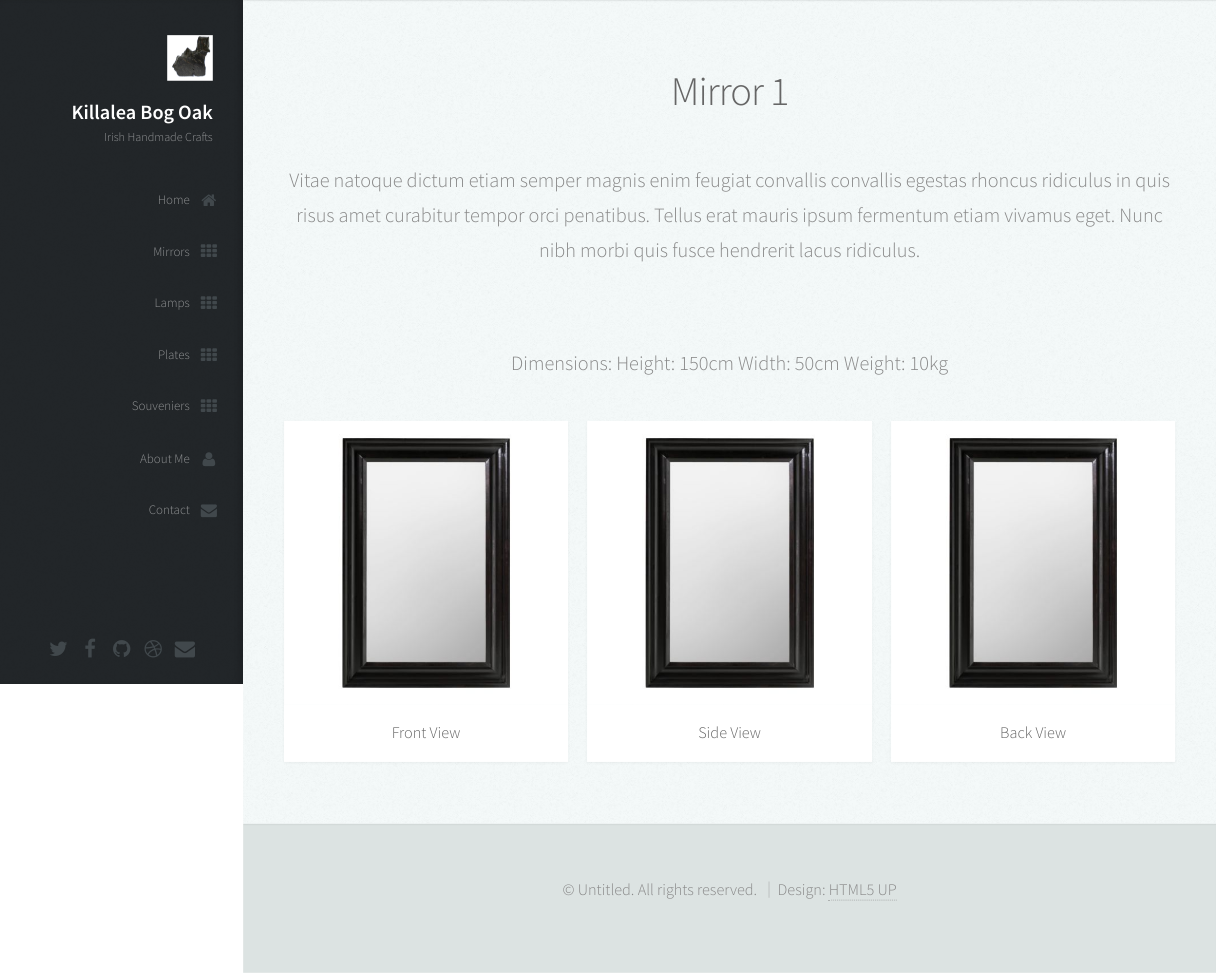
Repository: patrickkillalea/bogoak
Page: workspace/mirrors1.html
The author's editor kept a record of every edit. The page is drawn from the files as they stood at one moment, then again after the next edit.
The browser window is 1280 px wide. The pictures show the whole page, at 95% of full size.

Above is the page before.
Console error: TypeError: Cannot read properties of undefined (reading 'link')

### workspace/mirrors1.html
<!DOCTYPE HTML>
<!--
	Prologue by HTML5 UP
	html5up.net | @n33co
	Free for personal and commercial use under the CCA 3.0 license (html5up.net/license)
-->
<html>

<head>
	<title>Prologue by HTML5 UP</title>
	<meta http-equiv="content-type" content="text/html; charset=utf-8" />
	<meta name="description" content="" />
	<meta name="keywords" content="" />
	<!--[if lte IE 8]><script src="css/ie/html5shiv.js"></script><![endif]-->
	<script src="js/jquery.min.js"></script>
	<script src="js/jquery.scrolly.min.js"></script>
	<script src="js/jquery.scrollzer.min.js"></script>
	<script src="js/skel.min.js"></script>
	<script src="js/skel-layers.min.js"></script>
	<script src="js/init.js"></script>
	<noscript>
		<link rel="stylesheet" href="css/skel.css" />
		<link rel="stylesheet" href="css/style.css" />
		<link rel="stylesheet" href="css/style-wide.css" />
	</noscript>
	<!--[if lte IE 9]><link rel="stylesheet" href="css/ie/v9.css" /><![endif]-->
	<!--[if lte IE 8]><link rel="stylesheet" href="css/ie/v8.css" /><![endif]-->
</head>

<body>

	<!-- Header -->
	<div id="header" class="skel-layers-fixed">

		<div class="top">

			<!-- Logo -->
			<div id="logo">
				<span class="image avatar48"><img src="images/bogoakicon.jpg" alt="" /></span>
				<h1 id="title">Killalea Bog Oak</h1>
				<p>Irish Handmade Crafts</p>
			</div>

			<!-- Nav -->
			<nav id="nav">
				<!--

								Prologue's nav expects links in one of two formats:

								1. Hash link (scrolls to a different section within the page)

								   <li><a href="#foobar" id="foobar-link" class="icon fa-whatever-icon-you-want skel-layers-ignoreHref"><span class="label">Foobar</span></a></li>

								2. Standard link (sends the user to another page/site)

								   <li><a href="http://foobar.tld" id="foobar-link" class="icon fa-whatever-icon-you-want"><span class="label">Foobar</span></a></li>

							-->
				<ul>
					<li><a href="index.html" id="top-link" class="skel-layers-ignoreHref"><span class="icon fa-home">Home</span></a>
					</li>
					<li><a href="index.html" id="mirrors-link" class="skel-layers-ignoreHref"><span class="icon fa-th">Mirrors</span></a>
					</li>
					<li><a href="index.html" id="lamps-link" class="skel-layers-ignoreHref"><span class="icon fa-th">Lamps</span></a>
					</li>
					<li><a href="index.html" id="plates-link" class="skel-layers-ignoreHref"><span class="icon fa-th">Plates</span></a>
					</li>
					<li><a href="index.html" id="souveniers-link" class="skel-layers-ignoreHref"><span class="icon fa-th">Souveniers</span></a>
					</li>
					<li><a href="index.html" id="about-link" class="skel-layers-ignoreHref"><span class="icon fa-user">About Me</span></a>
					</li>
					<li><a href="#contact" id="contact-link" class="skel-layers-ignoreHref"><span class="icon fa-envelope">Contact</span></a>
					</li>
				</ul>
			</nav>

		</div>

		<div class="bottom">

			<!-- Social Icons -->
			<ul class="icons">
				<li><a href="#" class="icon fa-twitter"><span class="label">Twitter</span></a>
				</li>
				<li><a href="#" class="icon fa-facebook"><span class="label">Facebook</span></a>
				</li>
				<li><a href="#" class="icon fa-github"><span class="label">Github</span></a>
				</li>
				<li><a href="#" class="icon fa-dribbble"><span class="label">Dribbble</span></a>
				</li>
				<li><a href="#" class="icon fa-envelope"><span class="label">Email</span></a>
				</li>
			</ul>

		</div>

	</div>

	<!-- Main -->
	<div id="main">


		<!-- Portfolio -->
		<section id="portfolio" class="two">
			<div class="container">

				<header>
					<h2>Mirror 1</h2>
				</header>

				<p>Vitae natoque dictum etiam semper magnis enim feugiat convallis convallis egestas rhoncus ridiculus in quis risus amet curabitur tempor orci penatibus. Tellus erat mauris ipsum fermentum etiam vivamus eget. Nunc nibh morbi quis fusce hendrerit lacus
					ridiculus.</p></br>
					<p>Dimensions: Height: 150cm Width: 50cm Weight: 10kg</p>

				<div class="row">
					<div class="4u">
						<article class="item">
							<a href="#" class="image fit">
								<img src="images_mirror/1.jpg" alt="" />
							</a>
							<header>
								<h3>Front View</h3>
							</header>
						</article>
					</div>
					<div class="4u">
						<article class="item">
							<a href="#" class="image fit">
								<img src="images_mirror/1.jpg" alt="" />
							</a>
							<header>
								<h3>Side View</h3>
							</header>
						</article>
					</div>
					<div class="4u">
						<article class="item">
							<a href="#" class="image fit">
								<img src="images_mirror/1.jpg" alt="" />
							</a>
							<header>
								<h3>Back View</h3>
							</header>
						</article>
					</div>
				</div>

			</div>
		</section>



	</div>

	<!-- Footer -->
	<div id="footer">

		<!-- Copyright -->
		<ul class="copyright">
			<li>&copy; Untitled. All rights reserved.</li>
			<li>Design: <a href="http://html5up.net">HTML5 UP</a>
			</li>
		</ul>

	</div>

</body>

</html>

### workspace/css/style.css
@charset 'UTF-8';
@import url("font-awesome.min.css");
@import url("http://fonts.googleapis.com/css?family=Source+Sans+Pro:300,300italic,400,600");

/*
	Prologue by HTML5 UP
	html5up.net | @n33co
	Free for personal and commercial use under the CCA 3.0 license (html5up.net/license)
*/

/*********************************************************************************/
/* Basic                                                                         */
/*********************************************************************************/

	body
	{
		background: #fff;
	}

		body.is-loading *
		{
			-moz-transition: none !important;
			-webkit-transition: none !important;
			-o-transition: none !important;
			-ms-transition: none !important;
			transition: none !important;
			-moz-animation: none !important;
			-webkit-animation: none !important;
			-o-animation: none !important;
			-ms-animation: none !important;
			animation: none !important;
		}

	body,input,textarea,select
	{
		font-family: 'Source Sans Pro', sans-serif;
		font-size: 19pt;
		font-weight: 300;
		line-height: 1.75em;
		color: #888;
	}

	h1,h2,h3,h4,h5,h6
	{
		font-weight: 300;
		color: #666;
		line-height: 1.5em;
	}

		h1 a, h2 a, h3 a, h4 a, h5 a, h6 a
		{
			color: inherit;
			text-decoration: none;
		}

		h1 strong, h2 strong, h3 strong, h4 strong, h5 strong, h6 strong
		{
			color: #333;
		}

		h2
		{
			font-size: 2em;
			letter-spacing: -1px;
		}

			h2.alt
			{
				color: #888;
			}

			h2.alt strong
			{
				color: #666;
			}

		h3
		{
			font-size: 1.5em;
		}

	header
	{
		margin: 0 0 2em 0;
	}

		header > p
		{
			margin: 1em 0 0 0;
		}

	footer
	{
		margin: 2em 0 0 0;
	}

	strong, b
	{
		font-weight: 300;
		color: #666;
	}

	em, i
	{
		font-style: italic;
	}

	a
	{
		text-decoration: none;
		color: inherit;
		border-bottom: dotted 1px rgba(128,128,128,0.5);
		-moz-transition: color 0.35s ease-in-out, border-bottom-color 0.35s ease-in-out;
		-webkit-transition: color 0.35s ease-in-out, border-bottom-color 0.35s ease-in-out;
		-o-transition: color 0.35s ease-in-out, border-bottom-color 0.35s ease-in-out;
		-ms-transition: color 0.35s ease-in-out, border-bottom-color 0.35s ease-in-out;
		transition: color 0.35s ease-in-out, border-bottom-color 0.35s ease-in-out;
		outline: 0;
	}

		a:hover
		{
			color: #E27689;
			border-bottom-color: rgba(255,255,255,0);
		}

	sub
	{
		position: relative;
		top: 0.5em;
		font-size: 0.8em;
	}

	sup
	{
		position: relative;
		top: -0.5em;
		font-size: 0.8em;
	}

	hr
	{
		border: 0;
		border-top: solid 1px #ddd;
	}

	blockquote
	{
		border-left: solid 0.5em #ddd;
		padding: 1em 0 1em 2em;
		font-style: italic;
	}

	p, ul, ol, dl, table
	{
		margin-bottom: 2em;
	}

	br.clear
	{
		clear: both;
	}

	/* Sections/Article */

		section,
		article
		{
			margin-bottom: 3em;
		}

			section > :last-child,
			article > :last-child,
			section > .container > :last-child,
			article > .container > :last-child
			{
				margin-bottom: 0;
			}

			section:last-child,
			article:last-child
			{
				margin-bottom: 0;
			}

			.row > section,
			.row > article
			{
				margin-bottom: 0;
			}

	/* Image */

		.image
		{
			display: inline-block;
			border: 0;
		}

			.image img
			{
				display: block;
				width: 100%;
			}

			.image.avatar48
			{
				width: 48px;
				height: 48px;
				background: #f00;
			}

				.image.avatar48 img
				{
					width: 48px;
					height: 48px;
				}

			.image.fit
			{
				display: block;
				width: 100%;
			}

			.image.featured
			{
				display: block;
				width: 100%;
				margin: 0 0 2em 0;
			}

			.image.left
			{
				float: left;
				margin: 0 2em 2em 0;
			}

			.image.centered
			{
				display: block;
				margin: 0 0 2em 0;
			}

				.image.centered img
				{
					margin: 0 auto;
					width: auto;
				}

	/* List */

		ul
		{
		}

			ul.default
			{
				list-style: disc;
				padding-left: 1em;
			}

				ul.default li
				{
					padding-left: 0.5em;
				}

			ul.icons
			{
				cursor: default;
			}

				ul.icons li
				{
					display: inline-block;
				}

					ul.icons a
					{
						display: inline-block;
						width: 2em;
						height: 2em;
						line-height: 2em;
						text-align: center;
						border: 0;
					}

		ol
		{
		}

			ol.default
			{
				list-style: decimal;
				padding-left: 1.25em;
			}

				ol.default li
				{
					padding-left: 0.25em;
				}

	/* Form */

		form
		{
		}

			form label
			{
				display: block;
				text-align: left;
				margin-bottom: 0.5em;
			}

			form input[type="text"],
			form input[type="email"],
			form input[type="password"],
			form select,
			form textarea
			{
				position: relative;
				-webkit-appearance: none;
				display: block;
				border: 0;
				outline: 0;
				background: #fff;
				background: rgba(255,255,255,0.75);
				width: 100%;
				border-radius: 0.35em;
				padding: 0.75em 1em 0.75em 1em;
				box-shadow: inset 0 0.1em 0.1em 0 rgba(0,0,0,0.05);
				border: solid 1px rgba(0,0,0,0.15);
				-moz-transition: all 0.35s ease-in-out;
				-webkit-transition: all 0.35s ease-in-out;
				-o-transition: all 0.35s ease-in-out;
				-ms-transition: all 0.35s ease-in-out;
				transition: all 0.35s ease-in-out;
			}

				form input[type="text"],
				form input[type="email"],
				form input[type="password"],
				form select
				{
					line-height: 1.25em;
				}

				form input[type="text"]:focus,
				form input[type="email"]:focus,
				form input[type="password"]:focus,
				form select:focus,
				form textarea:focus
				{
					box-shadow: 0 0 2px 1px #8ebebc;
					background: #fff;
				}

				form textarea
				{
					min-height: 14em;
				}

				form .formerize-placeholder
				{
					color: #555 !important;
				}

				form ::-webkit-input-placeholder
				{
					color: #555 !important;
				}

				form :-moz-placeholder
				{
					color: #555 !important;
				}

				form ::-moz-placeholder
				{
					color: #555 !important;
				}

				form :-ms-input-placeholder
				{
					color: #555 !important;
				}

				form ::-moz-focus-inner
				{
					border: 0;
				}

	/* Table */

		table
		{
			width: 100%;
		}

			table.default
			{
				width: 100%;
				text-align: left;
			}

				table.default tbody tr:nth-child(2n+2)
				{
					background: #f4f4f4;
				}

				table.default td
				{
					padding: 0.5em 1em 0.5em 1em;
				}

				table.default th
				{
					text-align: left;
					padding: 0.5em 1em 0.5em 1em;
					color: #fff;
					background: #222729 url('images/overlay.png');
				}

				table.default thead
				{
					background: #444;
					color: #fff;
				}

				table.default tfoot
				{
					background: #eee;
				}

				table.default tbody
				{
				}

	/* Button */

		input[type="button"],
		input[type="submit"],
		input[type="reset"],
		.button
		{
			position: relative;
			display: inline-block;
			border-radius: 0.35em;
			color: #fff !important;
			text-decoration: none;
			padding: 0.75em 2.5em 0.75em 2.5em;
			background-color: #8ebebc;
			border: 0;
			cursor: pointer;
			background-image: -moz-linear-gradient(top, rgba(0,0,0,0), rgba(0,0,0,0.15)), url('images/overlay.png');
			background-image: -webkit-linear-gradient(top, rgba(0,0,0,0), rgba(0,0,0,0.15)), url('images/overlay.png');
			background-image: -o-linear-gradient(top, rgba(0,0,0,0), rgba(0,0,0,0.15)), url('images/overlay.png');
			background-image: -ms-linear-gradient(top, rgba(0,0,0,0), rgba(0,0,0,0.15)), url('images/overlay.png');
			background-image: linear-gradient(top, rgba(0,0,0,0), rgba(0,0,0,0.15)), url('images/overlay.png');
			-moz-transition: background-color 0.35s ease-in-out;
			-webkit-transition: background-color 0.35s ease-in-out;
			-o-transition: background-color 0.35s ease-in-out;
			-ms-transition: background-color 0.35s ease-in-out;
			transition: background-color 0.35s ease-in-out;
		}

			input[type="button"]:hover,
			input[type="submit"]:hover,
			input[type="reset"]:hover,
			.button:hover
			{
				background-color: #9ececc;
			}

			input[type="button"]:active,
			input[type="submit"]:active,
			input[type="reset"]:active,
			.button:active
			{
				background-color: #7eaeac;
			}

	/* Item */

		.item
		{
			box-shadow: 0 0.05em 0.15em 0 rgba(0,0,0,0.05);
			margin-bottom: 40px;
		}

			.item header
			{
				background: #fff;
				margin: 0;
				padding: 1em 0 1em 0;
				font-size: 0.8em;
			}

				.item header h3
				{
					font-size: 1em;
				}

/*********************************************************************************/
/* Icons                                                                         */
/*********************************************************************************/

	.icon {
		text-decoration: none;
	}

		.icon:before {
			display: inline-block;
			font-family: FontAwesome;
			font-size: 1.25em;
			text-decoration: none;
			font-style: normal;
			font-weight: normal;
			line-height: 1;
			-webkit-font-smoothing:antialiased;
			-moz-osx-font-smoothing:grayscale;
		}

		.icon > .label {
			display: none;
		}

/*********************************************************************************/
/* Header                                                                        */
/*********************************************************************************/

	#header
	{
		position: fixed;
		top: 0;
		left: 0;
		width: 375px;
		height: 100%;
		color: #fff;
		background: #222629 url('images/overlay.png');
		box-shadow: inset -0.25em 0 0.25em 0 rgba(0,0,0,0.1);
		text-align: right;
	}

		#header .top
		{
			position: absolute;
			left: 0;
			top: 0;
			width: 100%;
		}

		#header .bottom
		{
			position: absolute;
			left: 0;
			bottom: 0;
			width: 100%;
		}

		#header .icons
		{
			font-size: 0.8em;
			margin: 0 0 1em 0;
			text-align: center;
		}

			#header .icons a
			{
				color: #41484c;
				-moz-transition: color 0.35s ease-in-out;
				-webkit-transition: color 0.35s ease-in-out;
				-o-transition: color 0.35s ease-in-out;
				-ms-transition: color 0.35s ease-in-out;
				transition: color 0.35s ease-in-out;
			}

				#header .icons a:hover
				{
					color: #fff;
				}

	#logo
	{
		position: relative;
		margin: 1.75em 1.5em 1.5em 1.5em;
		min-height: 48px;
		cursor: default;
	}

		#logo h1
		{
			position: relative;
			color: #fff;
			font-weight: 600;
			font-size: 1em;
			line-height: 1em;
		}

		#logo p
		{
			position: relative;
			display: block;
			font-size: 0.6em;
			color: rgba(255,255,255,0.5);
			line-height: 1.25em;
			margin: 0.5em 0 0 0;
		}

		#logo .image
		{
			position: absolute;
			left: 0;
			top: 0;
		}

	#nav
	{
	}

		#nav ul
		{
		}

			#nav ul li
			{
			}

				#nav ul li a
				{
					display: block;
					padding: 0.5em 1.5em 0.5em 1.5em;
					color: rgba(255,255,255,0.5);
					text-decoration: none;
					outline: 0;
					border: 0;
					-moz-transition: none;
					-webkit-transition: none;
					-o-transition: none;
					-ms-transition: none;
					transition: none;
				}

					#nav ul li a span
					{
						position: relative;
						display: block;
						font-size: 0.8em;
					}

						#nav ul li a span:before
						{
							position: absolute;
							left: 0;
							color: #41484c;
							text-align: center;
							width: 1.25em;
							line-height: 1.75em;
						}

					#nav ul li a.active
					{
						background: rgba(0,0,0,0.15);
						box-shadow: inset 0 0 0.25em 0 rgba(0,0,0,0.125);
						color: #fff;
					}

						#nav ul li a.active span
						{
						}

							#nav ul li a.active span:before
							{
								color: #e27689;
							}

/*********************************************************************************/
/* Footer                                                                        */
/*********************************************************************************/

	#footer
	{
		margin-left: 375px;
		text-align: center;
		background-color: #dce3e2;
		padding: 3em 0 4em 0;
		box-shadow: inset 0 1px 0 0 rgba(0,0,0,0.05), inset 0 0.1em 0.1em 0 rgba(0,0,0,0.025);
		font-size: 0.8em;
	}

		#footer .copyright
		{
			cursor: default;
			margin: 0;
		}

			#footer .copyright li
			{
				display: inline-block;
				line-height: 1em;
				border-left: solid 1px rgba(128,128,128,0.35);
				padding: 0 0 0 0.5em;
				margin: 0 0 0 0.5em;
			}

			#footer .copyright li:first-child
			{
				border-left: 0;
				padding-left: 0;
				margin-left: 0;
			}

/*********************************************************************************/
/* Main                                                                          */
/*********************************************************************************/

	#main
	{
		margin-left: 375px;
	}

		#main > section
		{
			margin: 0;
			overflow: hidden;
			padding: 4em 0;
			box-shadow: inset 0 1px 0 0 rgba(0,0,0,0.05), inset 0 0.1em 0.1em 0 rgba(0,0,0,0.025);
			text-align: center;
			background-image: url('images/overlay.png');
		}

			#main > section.dark
			{
				color: #ddd;
				color: rgba(255,255,255,0.75);
			}

				#main > section.dark h2,
				#main > section.dark h3,
				#main > section.dark h4,
				#main > section.dark h5,
				#main > section.dark h6
				{
					color: inherit;
				}

				#main > section.dark strong,
				#main > section.dark a
				{
					color: #fff;
					border-color: inherit;
				}

					#main > section.dark a:hover
					{
						border-bottom-color: rgba(255,255,255,0);
					}

			#main > section.cover
			{
				padding: 6em 0;
				background-size: cover;
				background-position: center center;
			}

			#main > section.one
			{
				background-color: #81918E;
				background-image: url('../images/banner.jpg');
			}

			#main > section.two
			{
				background-color: #f5fafa;
			}

			#main > section.three
			{
				background-color: #ecf1f1;
			}

			#main > section.four
			{
				background-color: #e8edec;
			}

### workspace/css/style-wide.css
/*
	Prologue by HTML5 UP
	html5up.net | @n33co
	Free for personal and commercial use under the CCA 3.0 license (html5up.net/license)
*/

/*********************************************************************************/
/* Basic                                                                         */
/*********************************************************************************/

	body,input,textarea,select
	{
		font-size: 17pt;
	}

/*********************************************************************************/
/* Header                                                                        */
/*********************************************************************************/

	#header
	{
		width: 300px;
	}

/*********************************************************************************/
/* Footer                                                                        */
/*********************************************************************************/

	#footer
	{
		margin-left: 300px;
	}

/*********************************************************************************/
/* Main                                                                          */
/*********************************************************************************/

	#main
	{
		margin-left: 300px;
	}

### workspace/css/style-narrow.css
/*
	Prologue by HTML5 UP
	html5up.net | @n33co
	Free for personal and commercial use under the CCA 3.0 license (html5up.net/license)
*/

/*********************************************************************************/
/* Basic                                                                         */
/*********************************************************************************/

	body,input,textarea,select
	{
		font-size: 16pt;
	}

	.container
	{
		padding: 0 2em 0 2em;
	}

	/* List */

		ul
		{
		}

			ul.icons
			{
			}

				ul.icons li
				{
				}

				ul.icons li a
				{
					width: 1.75em;
				}

	/* Item */

		.item
		{
			margin-bottom: 20px;
		}

/*********************************************************************************/
/* Header                                                                        */
/*********************************************************************************/

	#header
	{
		width: 20%;
	}

	#logo
	{
	}

		#logo .image
		{
			position: relative;
			margin: 0 0 0.5em 0;
		}

	#nav
	{
	}

		#nav ul
		{
		}

			#nav ul li
			{
			}

				#nav ul li a
				{
					font-size: 0.8em;
					padding-top: 0.5em;
					padding-bottom: 0.5em;
				}

					#nav ul li a span
					{
						padding-right: 2.25em;
					}

						#nav ul li a span:before
						{
							left: 100%;
							margin-left: -1.25em;
							line-height: 2.25em;
						}

/*********************************************************************************/
/* Footer                                                                        */
/*********************************************************************************/

	#footer
	{
		margin-left: 20%;
	}

/*********************************************************************************/
/* Main                                                                          */
/*********************************************************************************/

	#main
	{
		margin-left: 20%;
	}

Loaded but not shown: workspace/js/jquery.min.js (library); workspace/js/jquery.scrolly.min.js (common file); workspace/js/jquery.scrollzer.min.js (common file); workspace/js/skel.min.js (library); workspace/js/skel-layers.min.js (library); workspace/css/style-normal.css (common file); workspace/css/font-awesome.min.css (library); workspace/js/init.js (125 lines, source omitted)

After the next edit:
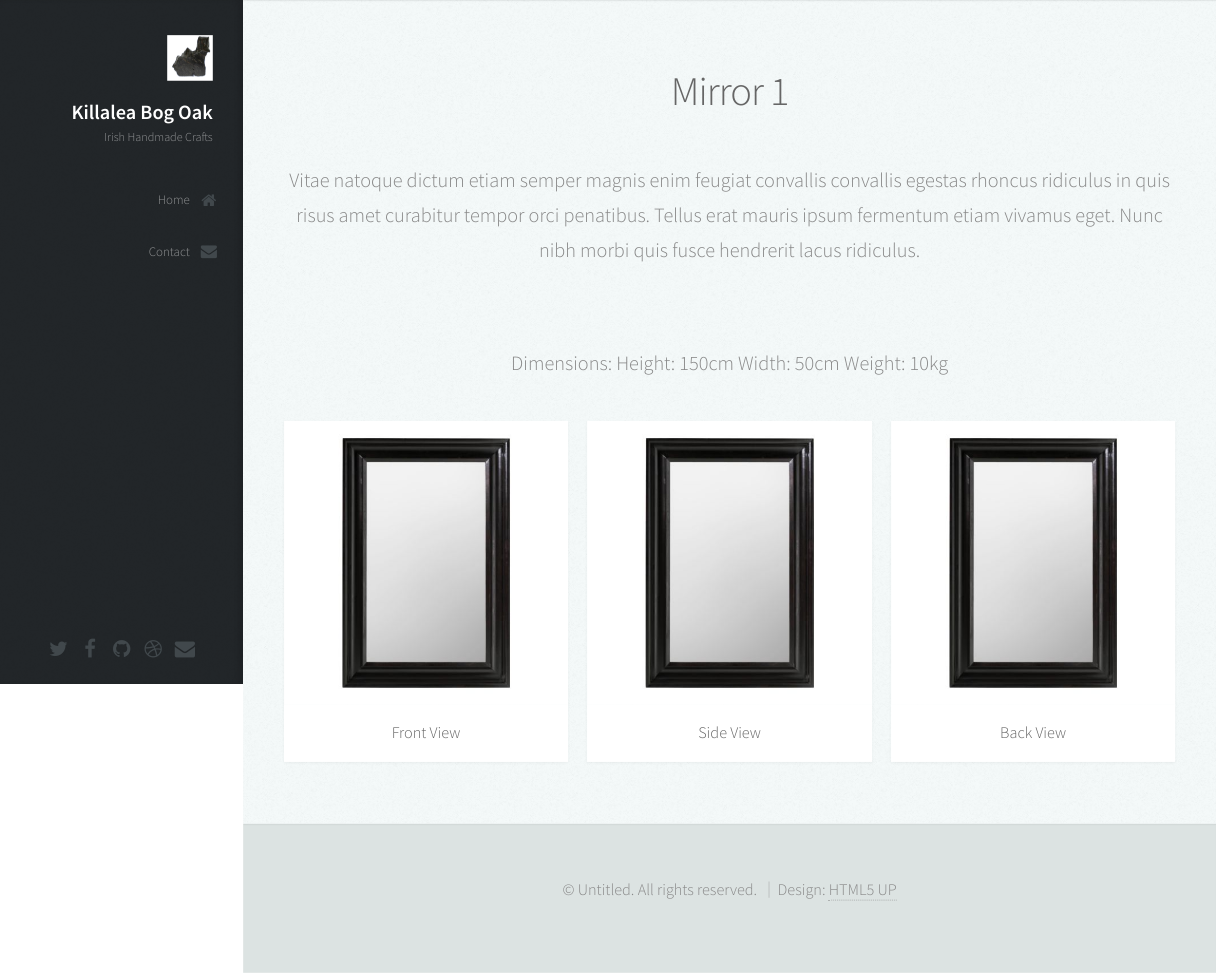
The edit:
--- a/workspace/mirrors1.html
+++ b/workspace/mirrors1.html
@@ -59,17 +59,7 @@
 				<ul>
 					<li><a href="index.html" id="top-link" class="skel-layers-ignoreHref"><span class="icon fa-home">Home</span></a>
 					</li>
-					<li><a href="index.html" id="mirrors-link" class="skel-layers-ignoreHref"><span class="icon fa-th">Mirrors</span></a>
-					</li>
-					<li><a href="index.html" id="lamps-link" class="skel-layers-ignoreHref"><span class="icon fa-th">Lamps</span></a>
-					</li>
-					<li><a href="index.html" id="plates-link" class="skel-layers-ignoreHref"><span class="icon fa-th">Plates</span></a>
-					</li>
-					<li><a href="index.html" id="souveniers-link" class="skel-layers-ignoreHref"><span class="icon fa-th">Souveniers</span></a>
-					</li>
-					<li><a href="index.html" id="about-link" class="skel-layers-ignoreHref"><span class="icon fa-user">About Me</span></a>
-					</li>
-					<li><a href="#contact" id="contact-link" class="skel-layers-ignoreHref"><span class="icon fa-envelope">Contact</span></a>
+					<li><a href="index.html" id="contact-link" class="skel-layers-ignoreHref"><span class="icon fa-envelope">Contact</span></a>
 					</li>
 				</ul>
 			</nav>
